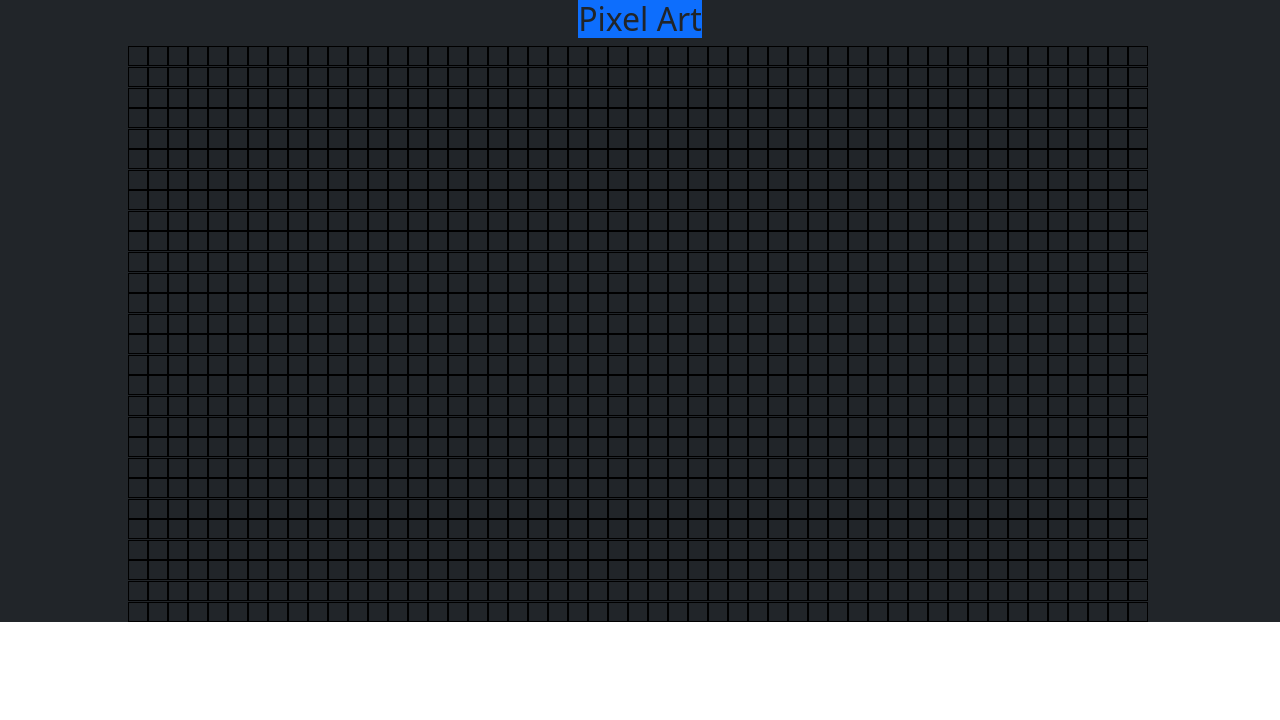
Repository: bechara611/pixelartdb
Page: /
The author's editor kept a copy of each file at every save. The page is drawn from the files as they stood at one save, then again after the next save.
The browser window is 1280 px wide. The pictures show the whole page.
The project was rebuilt for these pictures with package versions that can differ from the ones it lists, and the page was loaded fresh each time. Also part of the build but not shown: vite.config.js.

Above is the page before, as saved 2023-03-06 13:45:14.

### src/main.jsx
import React from 'react'
import ReactDOM from 'react-dom/client'
import App from './App'
import 'bootstrap/dist/css/bootstrap.min.css'
import 'bootstrap/dist/js/bootstrap.bundle.js'

ReactDOM.createRoot(document.getElementById('root')).render(

    <App />

)

### src/App.jsx

import { useEffect, useState } from 'react'
import './App.css'
import { SelectableGroup } from 'react-selectable-fast'
import { Pixel } from './Pixel'

const App = () => {
  const [pixels, setPixels] = useState([])
  const [isSelecting, setIsSelecting] = useState(false)
  const [startIndex, setStartIndex] = useState(null)

  useEffect(() => {
    let contenedor = document.getElementById('contenedor')
    let divsAloAlto = Math.floor(contenedor.offsetHeight / 20)
    let divsAlOancho = Math.floor(contenedor.offsetWidth / 20);
    //para saber cuantos divs necesita un contenedor multiplica el numero de divs a lo alto * el numero de divds a lo ancho
    setPixels(Array.from({ length: divsAloAlto * divsAlOancho }, () => { return { active: false, color: 'green' } }))

  }, [])

  const funcionArray = (index) => {
    let nuevoArray = [...pixels]
    nuevoArray[index] = { active: !nuevoArray[index].active, color: 'blue' }
    setPixels(nuevoArray)
  }

  useEffect(() => {
    //console.log({ pixels })
  }, [pixels])

  const onMouseDown = (index) => {
    setIsSelecting(true);
    setStartIndex(index)
    // console.log('onMouseDown')
  }


  const onMouseOver2 = (index) => {
    if (isSelecting) {
      const pixelsupdated = [...pixels]
      pixelsupdated[index] = { ...pixelsupdated[index], active: !pixelsupdated[index].active }

      setPixels(pixelsupdated)

    }
    // console.log('onMouseOver')
  }
  const onMouseUp2 = (index) => {
    setIsSelecting(false)

  }
  return (
    <>
    <div className="bg-dark">
      <div className="contenedor-mayor">
        <h2 className='bg-primary'>Pixel Art</h2>
      </div>

      <div className="contenedor-mayor ">

        <div className="contenedor " id='contenedor'>

          {

            pixels.map((a, index) => {
              return <Pixel key={index}
                active={a.active}
                funcion={() => funcionArray(index)}
                onMouseDown={() => { onMouseDown(index) }}
                onMouseUp={() => { onMouseUp2(index) }}
                onMouseOver={() => { onMouseOver2(index) }}
              ></Pixel>
            })

          }

        </div>

      </div>
      </div>
    </>
  )
}

export default App

### src/App.css
.contenedor-mayor{
  display: flex;
  flex-direction: row;
  justify-content: center;
  justify-self: center;
  align-items: center;
}

.pixel {
  width: 20px;
  height: 20px;
  border: 1px solid black;

  box-sizing: border-box;

}

.active {
  background: green;
}

.contenedor {

  display: flex;
  flex-direction: row;
  flex-wrap: wrap;
  width: 80vw;
  height: 80vh;
  max-width: 80vw;
  max-height: 80vh;



}

### src/Pixel.jsx
import React, { useState } from 'react'
import './App.css'
import {selectableGroup, createSelectable} from 'react-selectable-fast'
export const Pixel = (props) => {
    const [isActive, setisActive] = useState(false)
  return (

 <div className={`pixel ${props.active ? 'active' : ''}`} style={{ background:props.active ? props.color : ''}}
 onClick={()=>{
    setisActive(!isActive)
    props.funcion();
}}
onMouseDown={()=>{props.onMouseDown()}}
onMouseUp={()=>{props.onMouseUp()}}
onTouchEnd={()=>{props.onMouseUp()}}
onMouseOver={()=>{props.onMouseOver()}}
onTouchStart={()=>{{
    props.onMouseDown()
    props.onMouseOver()}}}
 >

 </div>
  )
}

Loaded but not shown: index.html (common file)

After the next save:
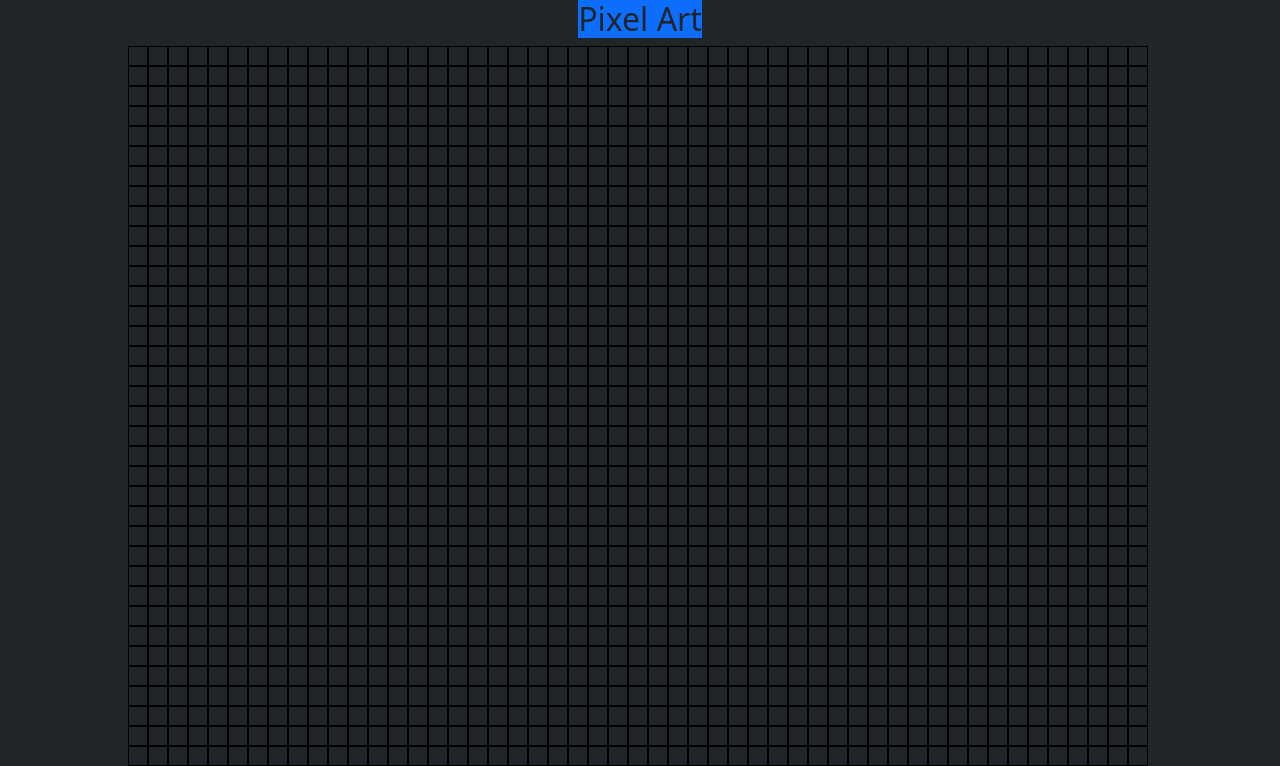
Saved 34 s later.
--- a/src/App.css
+++ b/src/App.css
@@ -25,9 +25,9 @@
   flex-direction: row;
   flex-wrap: wrap;
   width: 80vw;
-  height: 80vh;
+  height: 100vh;
   max-width: 80vw;
-  max-height: 80vh;
+  max-height: 100vh;
 
 
 

After the save that followed:
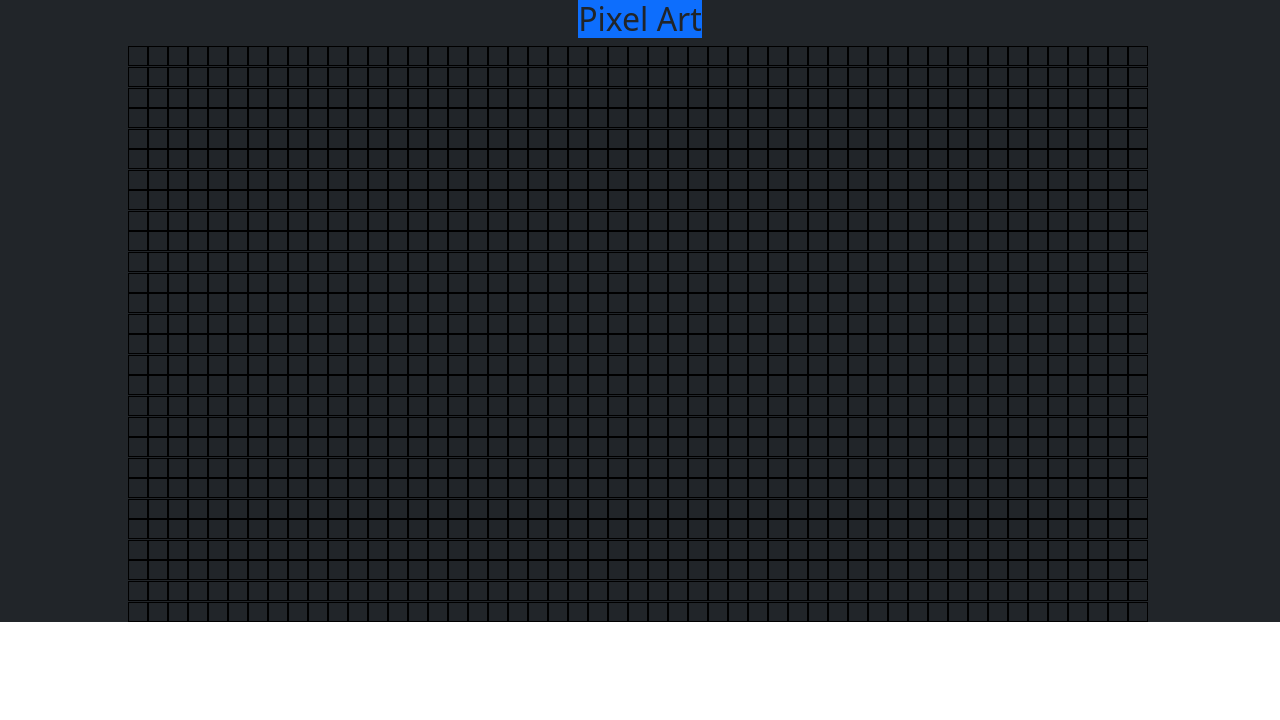
Saved 8 s later.
--- a/src/App.css
+++ b/src/App.css
@@ -25,9 +25,9 @@
   flex-direction: row;
   flex-wrap: wrap;
   width: 80vw;
-  height: 100vh;
+  height: 80vh;
   max-width: 80vw;
-  max-height: 100vh;
+  max-height: 80vh;
 
 
 
